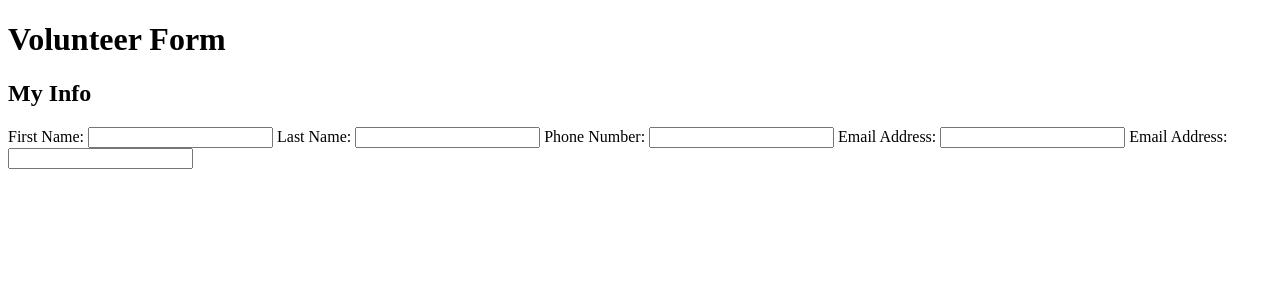
Repository: rishondass/ITMD361-Lab4
Page: index.html
The author's editor kept a copy of each file at every save. The page is drawn from the files as they stood at one save, then again after a run of saves.
The browser window is 1280 px wide. The pictures show the whole page.

Above is the page before, as saved 2023-01-13 14:55:32.

### index.html
<!DOCTYPE html>
<html lang="en">
<head>
    <meta charset="UTF-8">
    <meta http-equiv="X-UA-Compatible" content="IE=edge">
    <meta name="viewport" content="width=device-width, initial-scale=1.0">
    <title>Lab 4</title>
</head>
<body>
    <h1>
        Volunteer Form
    </h1>
    <h2>
        My Info
    </h2>

    <form action="POST">
        <label for="first_name_field">First Name:</label>
        <input type="text" name="first_name_field">

        <label for="last_name_field">Last Name:</label>
        <input type="text" name="last_name_field">

        <label for="phone_field">Phone Number:</label>
        <input type="phone" name="phone_field">

        <label for="email_field">Email Address:</label>
        <input type="email" name="email_field">

        <label for="gender_field">Email Address:</label>
        <input type="email" name="phone_field">
    </form>
</body>
</html>

After the next 2 saves:
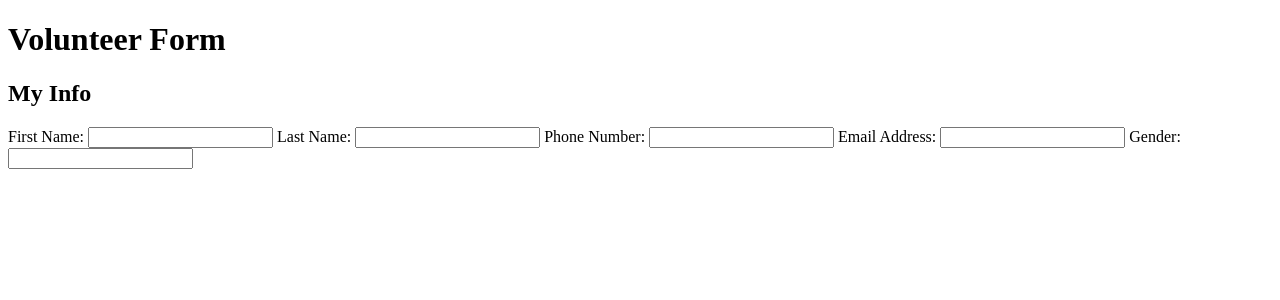
The 2 saves are shown as one change because they came seconds apart.
The last was saved 7 s later.
--- a/index.html
+++ b/index.html
@@ -27,8 +27,8 @@
         <label for="email_field">Email Address:</label>
         <input type="email" name="email_field">
 
-        <label for="gender_field">Email Address:</label>
-        <input type="email" name="phone_field">
+        <label for="gender_field">Gender:</label>
+        <input type="email" name="gender_field">
     </form>
 </body>
 </html>
